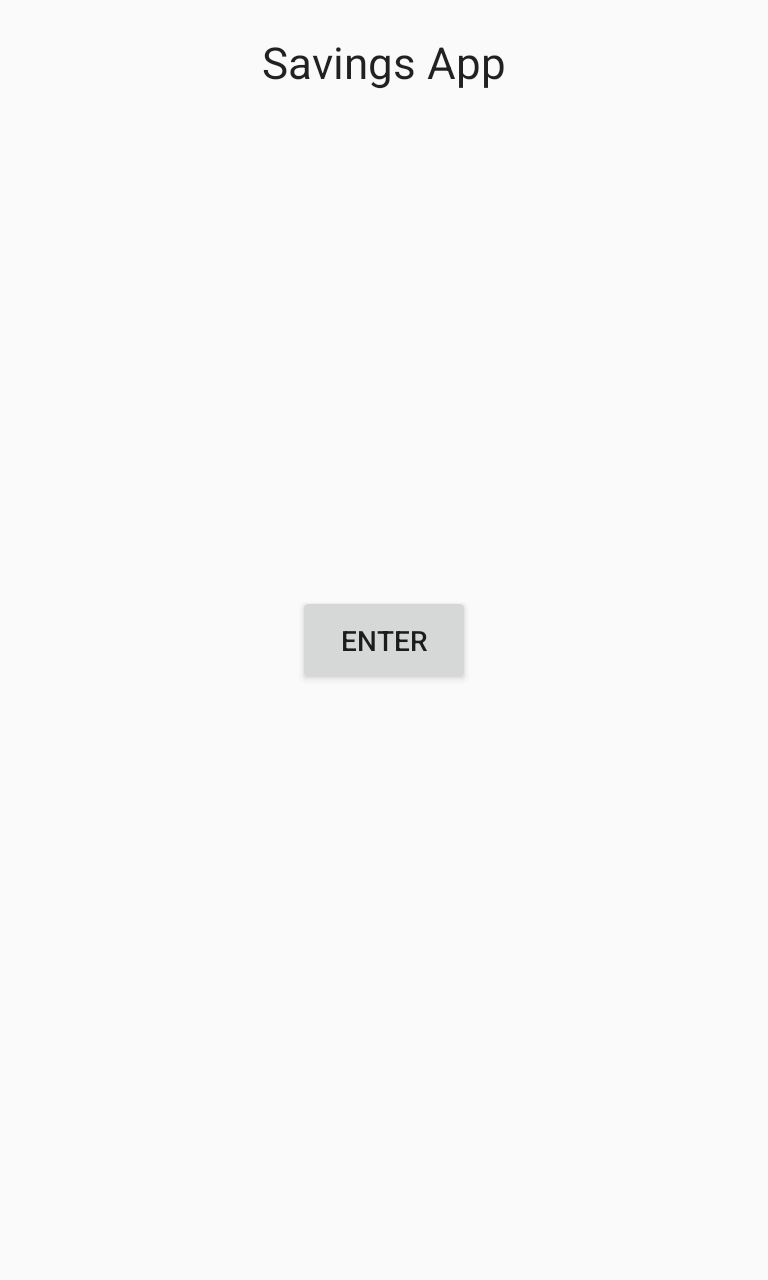
Repository: japheth-starita/SavingsApp
Layout: SavingsApp/res/layout/activity_main.xml
An editor plug-in stored every save of this project. The layout is shown before and after the next save, followed by the edit.
It is drawn on a 768 x 1280 px phone screen (xhdpi) without system bars, with theme AppTheme; the app's code is not run.

Above is the layout before, as saved 2016-01-30 08:29:36.

After the next save:
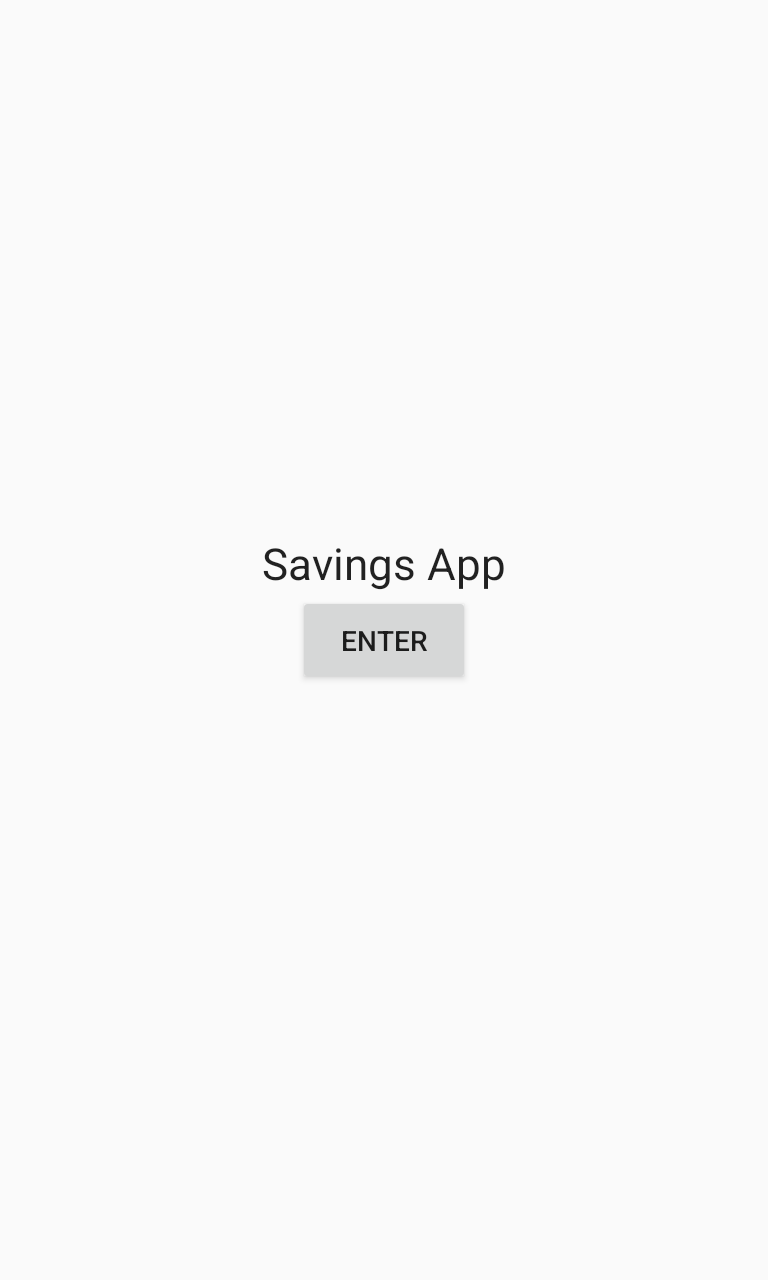
Saved 34 s later.
--- a/SavingsApp/res/layout/activity_main.xml
+++ b/SavingsApp/res/layout/activity_main.xml
@@ -12,7 +12,7 @@
         android:id="@+id/textView1"
         android:layout_width="wrap_content"
         android:layout_height="wrap_content"
-        android:layout_alignParentTop="true"
+        android:layout_above="@+id/btnStart"
         android:layout_centerHorizontal="true"
         android:text="Savings App"
         android:textAppearance="?android:attr/textAppearanceLarge" />
